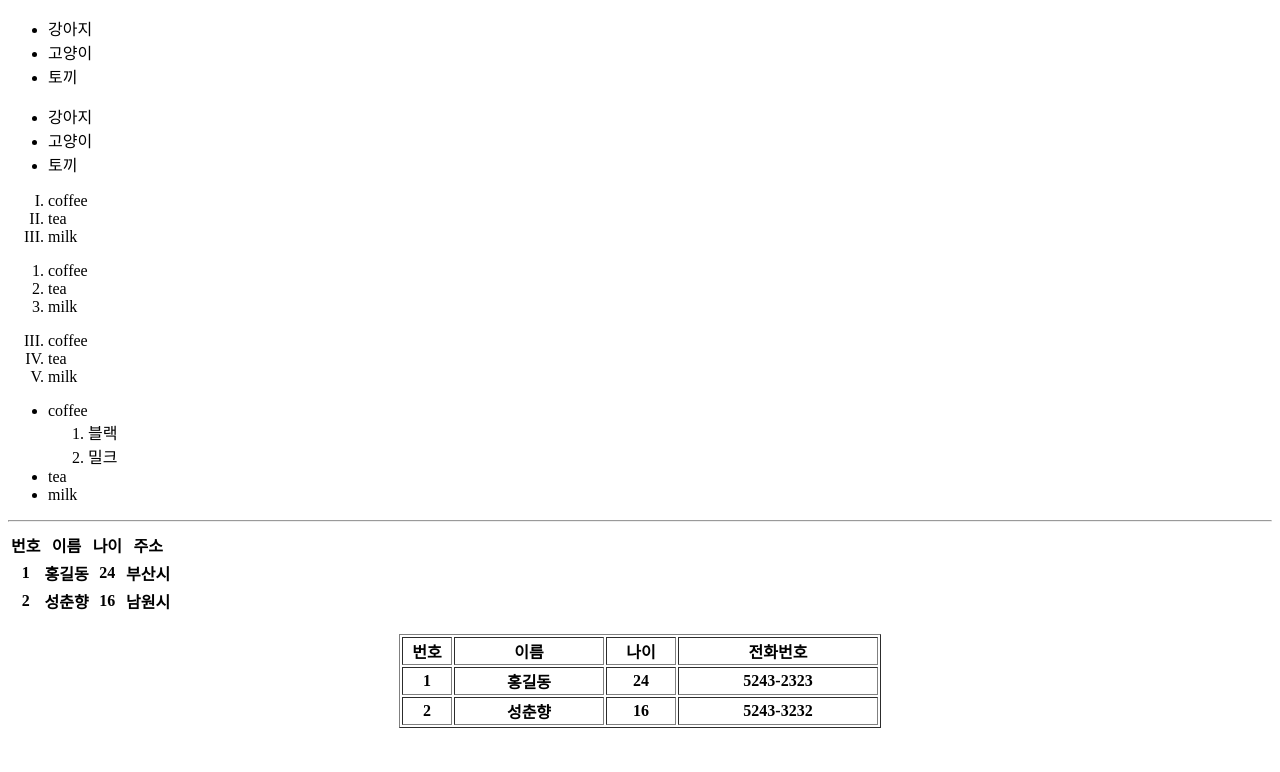
Repository: suhong99/htmlLecture
Page: sample02/src/main/webapp/index.html
An editor plug-in stored every save of this project. The page is shown before and after the next save, followed by the edit.
The browser window is 1280 px wide. The pictures show the whole page.

Above is the page before, as saved 2023-06-21 07:28:10.

### sample02/src/main/webapp/index.html
<!DOCTYPE html>
<html>
<head>
<meta charset="UTF-8">
<title>Insert title here</title>
</head>
<body>
<!--
	list : 목록

	ul : unordered(순서없는) list
	ol : ordered(순서있는) list

 -->

<ul>
 	<li>강아지</li>
 	<li>고양이</li>
 	<li>토끼</li>
</ul>

<ul style="list-style-type:disc">
 	<li>강아지</li>
 	<li>고양이</li>
 	<li>토끼</li>
</ul>

<ol type="I">
	<li>coffee</li>
	<li>tea</li>
	<li>milk</li>
</ol>
<ol type="3">  <!-- 안됨  -->
	<li>coffee</li>
	<li>tea</li>
	<li>milk</li>
</ol>
<ol type = "I" start="3">
	<li>coffee</li>
	<li>tea</li>
	<li>milk</li>
</ol>

<ul type="I">
	<li>coffee
	<ol>
		<li>블랙</li>
		<li>밀크</li>
		</ol>
	</li>
	<li>tea</li>
	<li>milk</li>
</ul>

<hr>

<!--
	table : column(열) , row(행)
	<table>
		<col width="">
		<thead>
			<tr>
				<th></th>
				<td></td>
			</tr>
		</thead>
		<tbody>
		</tbody>
	</table>
 -->

 <table>
 	<thead>
 	<tr>
 		<th>번호</th>
	 	<th>이름</th>
	 	<th>나이</th>
 		<th>주소</th>
 	</tr>
 	</thead>
 	<tbody>
	 	<tr>
	 		<th>1</th>
		 	<th>홍길동</th>
		 	<th>24</th>
	 		<th>부산시</th>
	 	</tr>
	 	<tr>
	 		<th>2</th>
		 	<th>성춘향</th>
		 	<th>16</th>
	 		<th>남원시</th>
	 	</tr>
 	</tbody>
 </table>
 <br>
 <div align="center">
 <table border="1">
 <col width="50"> <col width="150">
  <col width="70">
  <col width="200">

 	<thead>
 	<tr>
 		<th>번호</th>
	 	<th>이름</th>
	 	<th>나이</th>
 		<th>전화번호</th>
 	</tr>
 	</thead>
 	<tbody>
	 	<tr>
	 		<th align="center">1</th>
		 	<th>홍길동</th>
		 	<th>24</th>
	 		<th>5243-2323</th>
	 	</tr>
	 	<tr>
	 		<th align="center">2</th>
		 	<th>성춘향</th>
		 	<th>16</th>
	 		<th>5243-3232</th>
	 	</tr>
 	</tbody>
 </table>
 </div>
 <br></br>

</body>
</html>

After the next save:
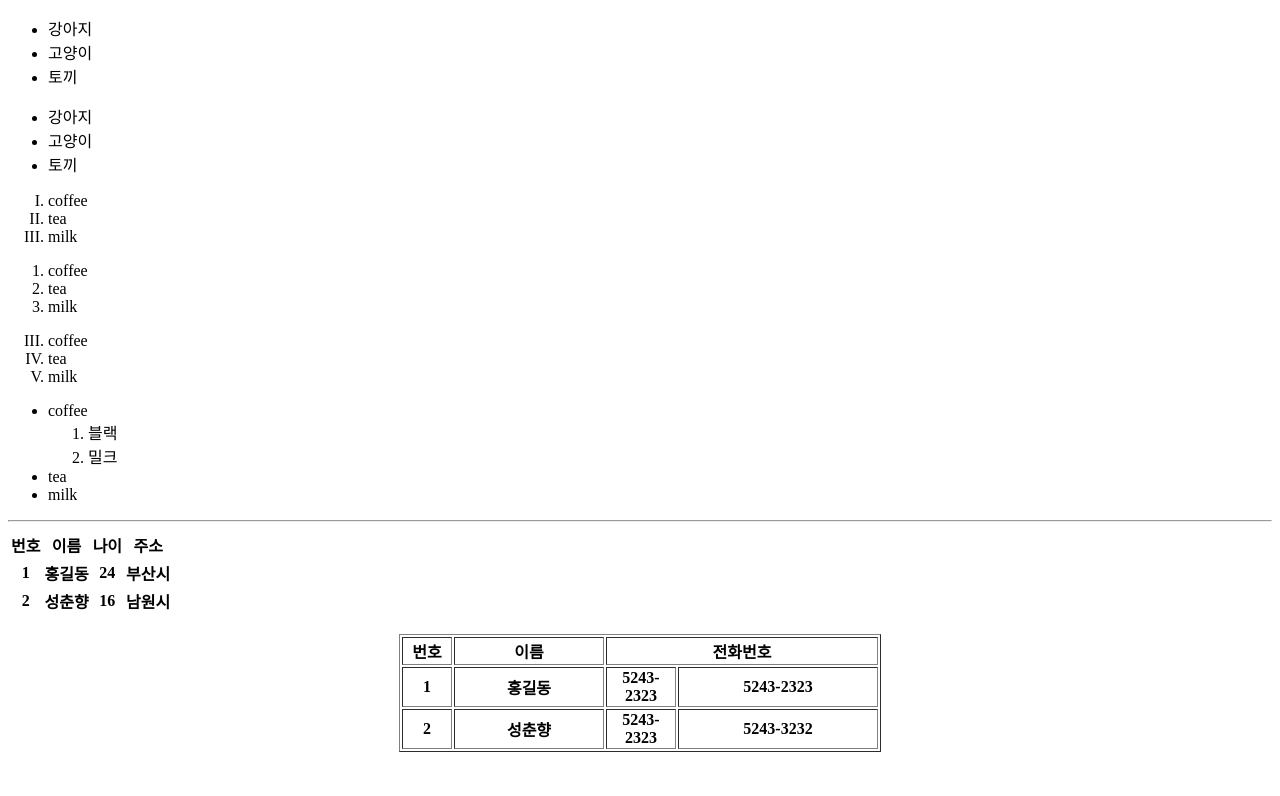
Saved 2 min 3 s later.
--- a/sample02/src/main/webapp/index.html
+++ b/sample02/src/main/webapp/index.html
@@ -104,21 +104,20 @@
  	<tr>
  		<th>번호</th>
 	 	<th>이름</th>
-	 	<th>나이</th>
- 		<th>전화번호</th>
+	 	<th colspan="2">전화번호</th>
  	</tr>
  	</thead>
  	<tbody>
 	 	<tr>
 	 		<th align="center">1</th>
 		 	<th>홍길동</th>
-		 	<th>24</th>
+		 	<th>5243-2323</th>
 	 		<th>5243-2323</th>
 	 	</tr>
 	 	<tr>
 	 		<th align="center">2</th>
 		 	<th>성춘향</th>
-		 	<th>16</th>
+		 	<th>5243-2323</th>
 	 		<th>5243-3232</th>
 	 	</tr>
  	</tbody>
